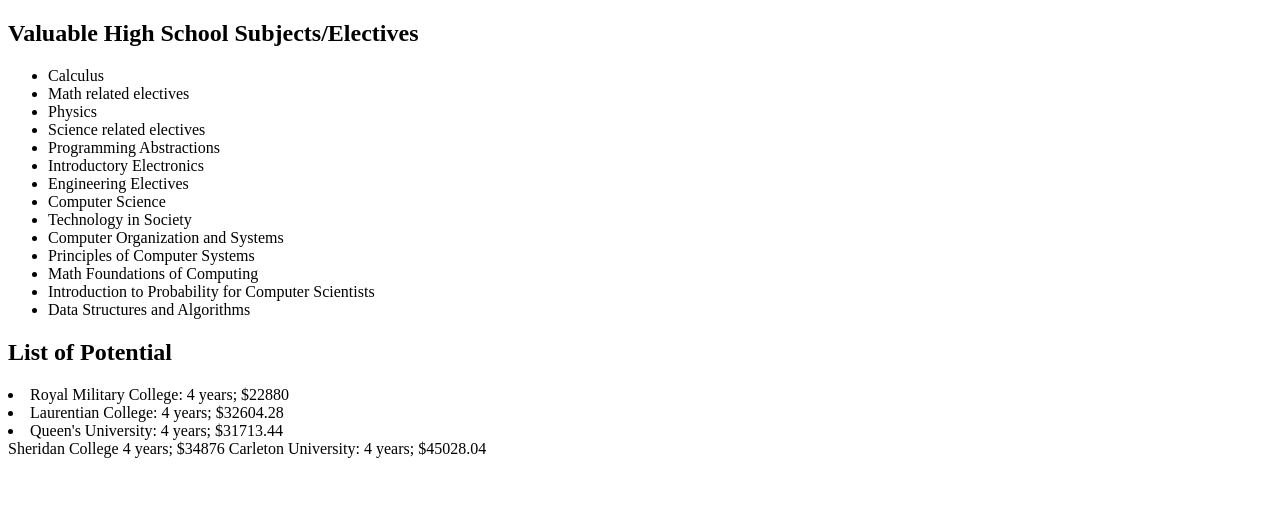
Repository: soerik/1soerik.github.io
Page: index.html
The author's editor kept a record of every edit. The page is drawn from the files as they stood at one moment, then again after the next edit.
The browser window is 1280 px wide. The pictures show the whole page.

Above is the page before.

After the next edit:
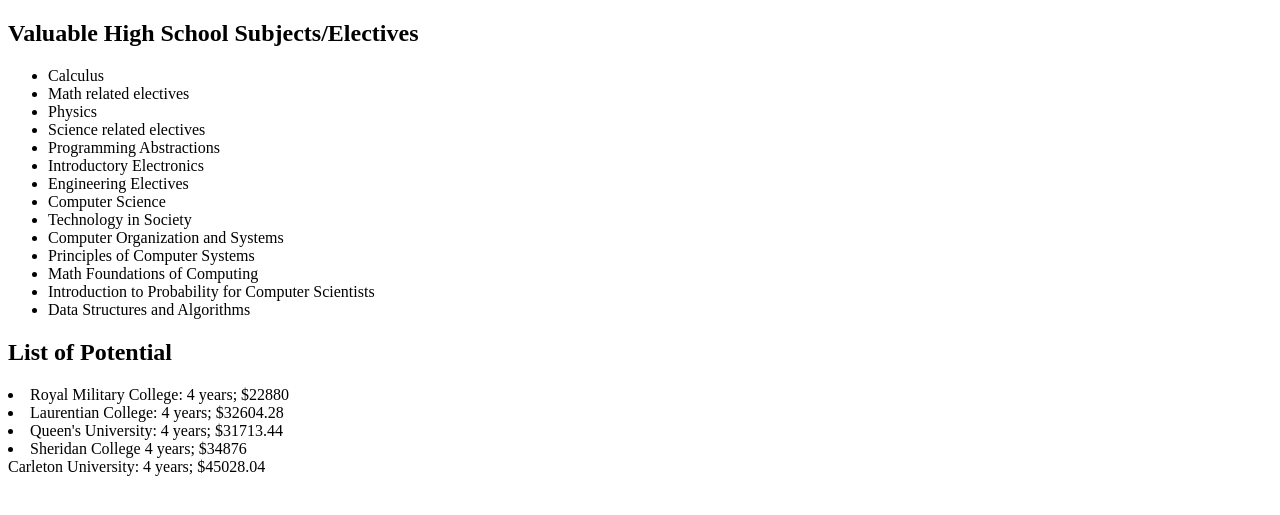
The edit:
--- a/index.html
+++ b/index.html
@@ -30,7 +30,7 @@
 4 years; $32604.28</li>
 <li>Queen's University:
 4 years; $31713.44</li>
-Sheridan College
+<li>Sheridan College
 4 years; $34876</li>
 Carleton University:
 4 years; $45028.04</li>
